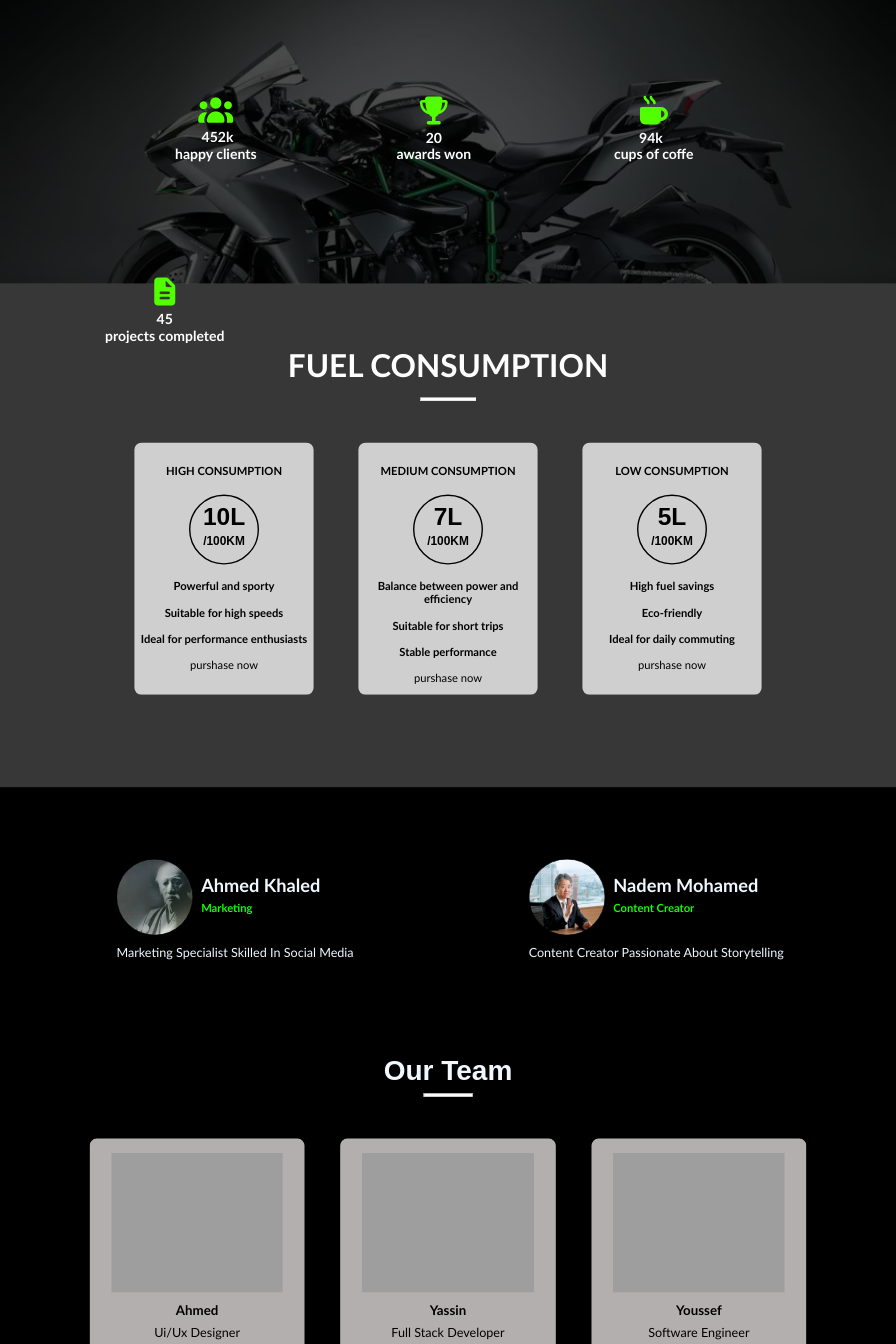
Repository: mustafasayed075-stack/project1
Page: index.html
The author's editor kept a copy of each file at every save. The page is drawn from the files as they stood at one save, then again after a run of saves.
The browser window is 1280 px wide. The pictures show the part of the page from y = 3621 to 5541 px (the page is 6669 px tall), at 70% of full size.
Pictures or frames that could not be fetched are drawn as grey boxes. Backgrounds fixed to the window are drawn as part of the page.

Above is the page before, as saved 2025-09-20 19:47:23.

After the next 2 saves:
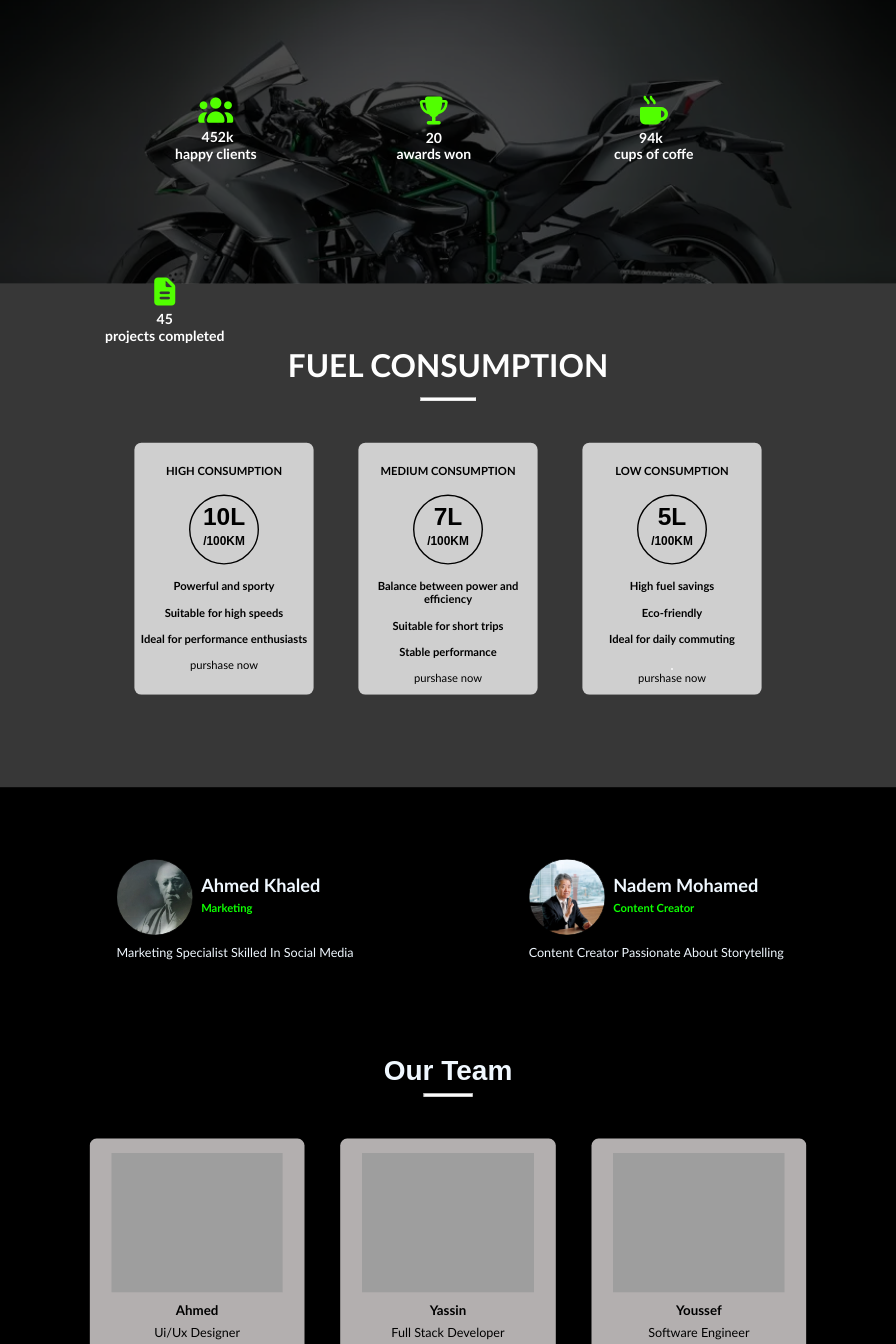
The 2 saves are shown as one change because they came seconds apart.
The last was saved 14 s later.
--- a/index.html
+++ b/index.html
@@ -270,7 +270,9 @@
                         <p class="warm">High fuel savings</p>
                         <p class="gift">Eco-friendly</p>
                         <p class="wear">Ideal for daily commuting</p>
-                        <!-- <div class="purshase-div3"> -->
+                        <button>
+
+                        </button>
                             <p class="purshase3">purshase now</p>
 
                     </div> <!-- section7-div3 -->
